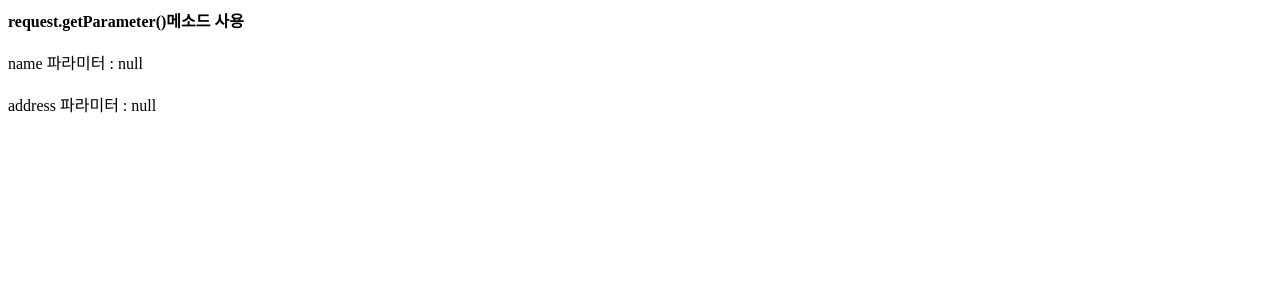
Repository: seminocoe/JSP_STUDY
Page: http://localhost/ServletProject/implicit/viewParameter.jsp
An editor plug-in stored every save of this project. The page is shown before and after the next save, followed by the edit.
The browser window is 1280 px wide. The pictures show the whole page.
The page is served by Tomcat 9. Nobody is signed in. The application's start-up code is not run.

Above is the page before, as saved 2022-08-02 02:06:46.

After the next save:
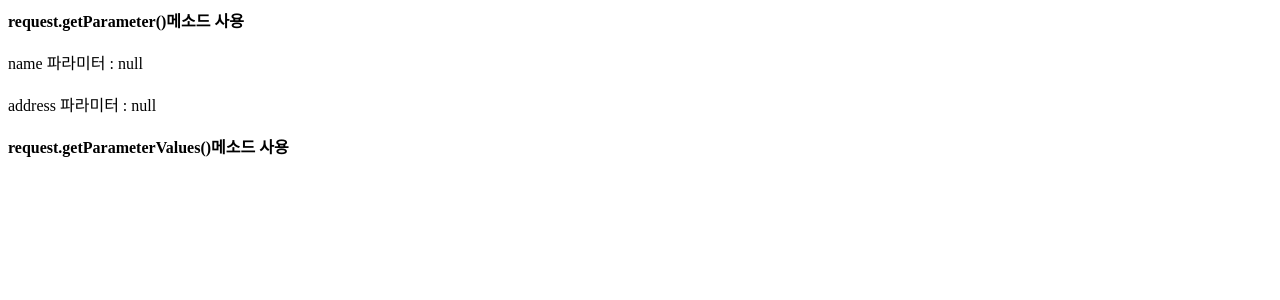
Saved 4 min 11 s later.
--- a/ServletProject/src/main/webapp/implicit/viewParameter.jsp
+++ b/ServletProject/src/main/webapp/implicit/viewParameter.jsp
@@ -17,7 +17,18 @@
 <b>request.getParameter()메소드 사용</b><br><br>
 name 파라미터 : <%= request.getParameter("name") %> <br><br>
 address 파라미터 : <%= request.getParameter("address") %> <br><br>
+<b>request.getParameterValues()메소드 사용</b><br><br>
 
+<%
+	String[] values = request.getParameterValues("pet");
 
+	if(values != null){
+		for(int i = 0; i<values.length; i++){
+%>
+		<%= values[i] %>
+<%
+		}//end for
+	}//end if
+%>
 </body>
 </html>
